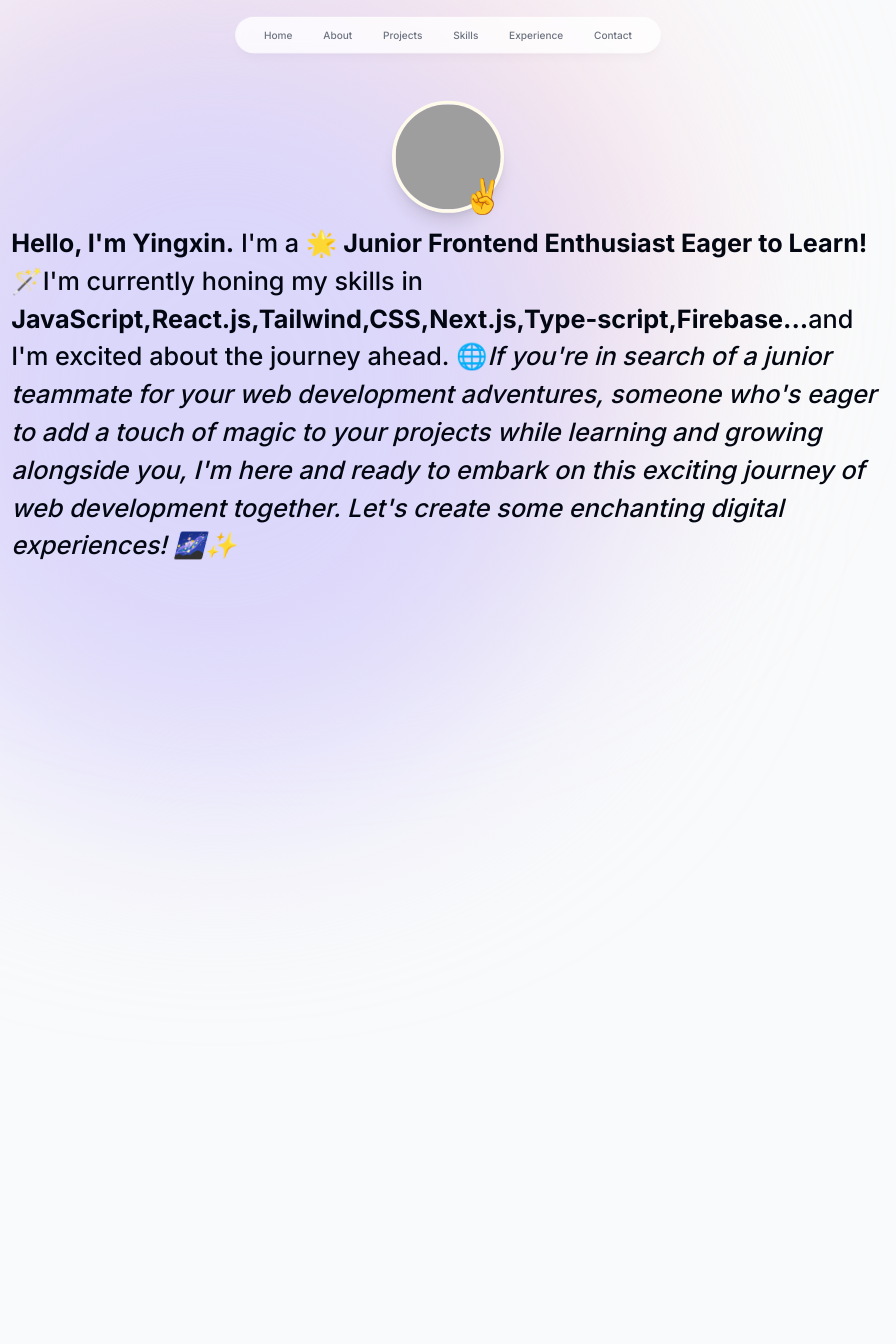
Repository: Tracy-maker/portfolio_website
Page: /
These files come from the project's save history. The page is drawn as it stood at one moment and after the next save; the edit follows.
The browser window is 1280 px wide. The pictures show the part of the page from y = 0 to 1920 px (the page is 5000 px tall), at 70% of full size.
Pictures or frames that could not be fetched are drawn as grey boxes. The project was rebuilt for these pictures with package versions that can differ from the ones it lists, and the page was loaded fresh each time. The framework's server and built-in components were replaced by stand-ins that run in the browser. Also part of the build but not shown: next.config.js.

Above is the page before, as saved 2023-10-02 18:01:38.

After the next save:
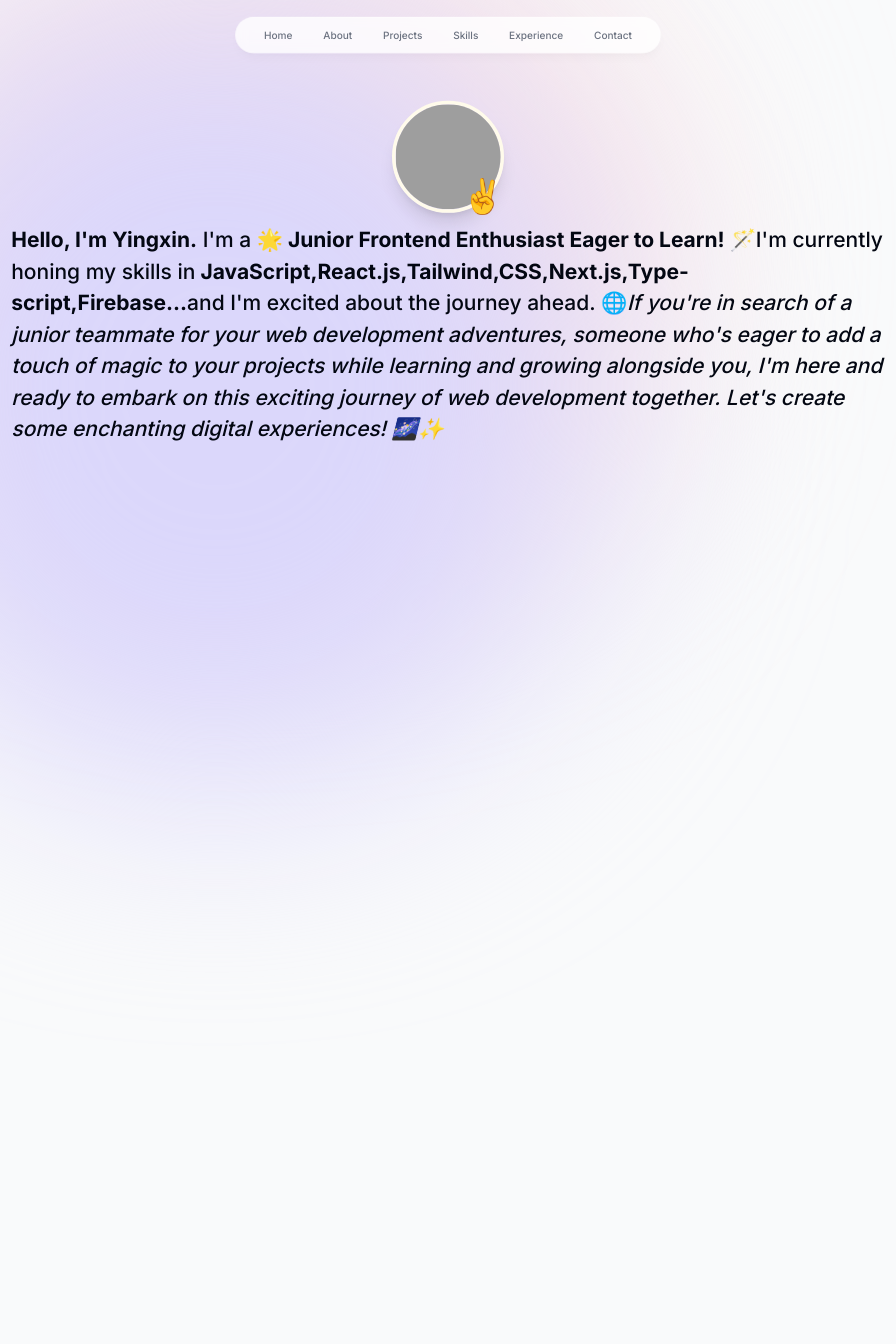
Saved 16 s later.
--- a/components/intro.tsx
+++ b/components/intro.tsx
@@ -44,7 +44,7 @@ export default function Intro() {
         </div>
       </div>
       <motion.h6
-        className="mb-10 mt-4 px-4 text-2xl font-medium !leading-[1.5] sm:text-4xl"
+        className="mb-10 mt-4 px-4 text-2xl font-medium !leading-[1.5] sm:text-3xl"
         initial={{ opacity: 0, y: 100 }}
         animate={{ opacity: 1, y: 0 }}
       >
